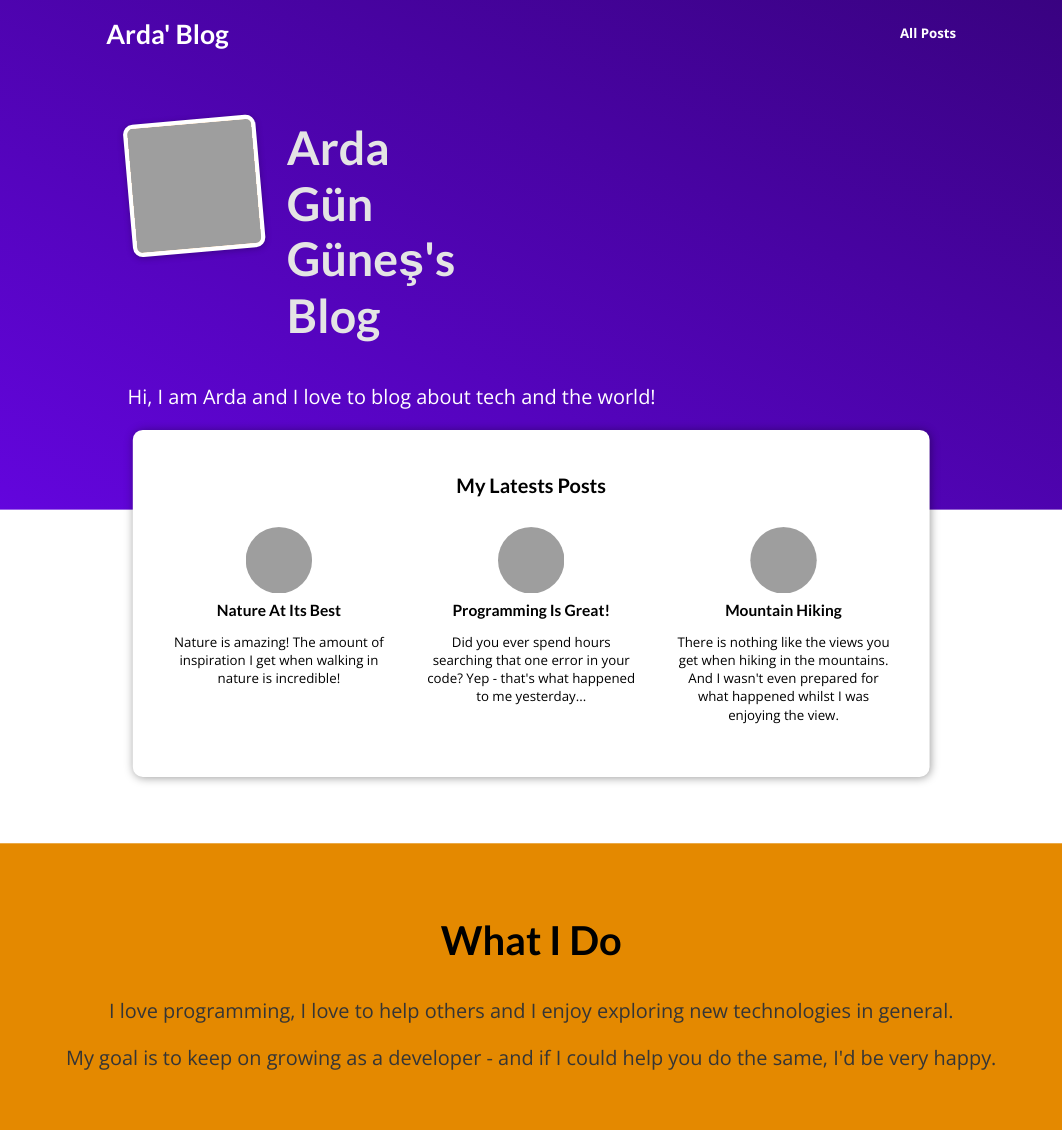
Repository: ardagungunes/my-blog
Page: http://localhost/
An editor plug-in stored every save of this project. The page is shown before and after the next save, followed by the edit.
The browser window is 1280 px wide. The pictures show the whole page, at 83% of full size.
Pictures or frames that could not be fetched are drawn as grey boxes. The page is served by the project's application, run on Django 5.2 (manage.py).

Above is the page before, as saved 2024-07-26 16:46:06.

After the next save:
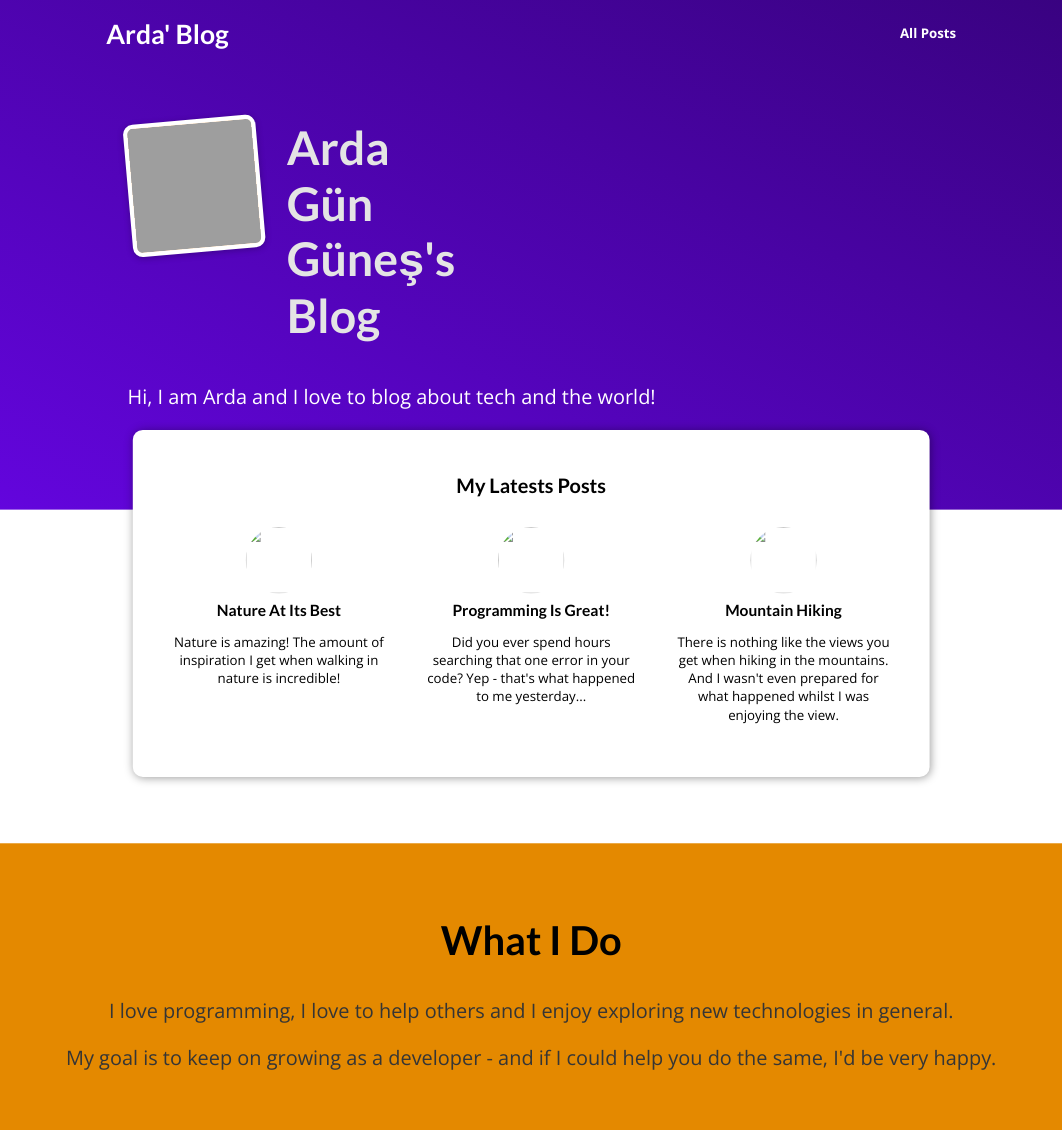
Saved 6 s later.
--- a/blog/templates/blog/includes/post.html
+++ b/blog/templates/blog/includes/post.html
@@ -3,7 +3,7 @@
 <li>
     <article class="post">
         <a href="{%url "post-detail-page" "the-mountains"%}">
-            <img src="{%static "blog/images/"|add:post.image %} alt="{{post.title}}"
+            <img src="{%static "blog/images/"|add:post.image %} alt=
             />
             <div class="post__content">
                 <h3> {{post.title}}</h3>
